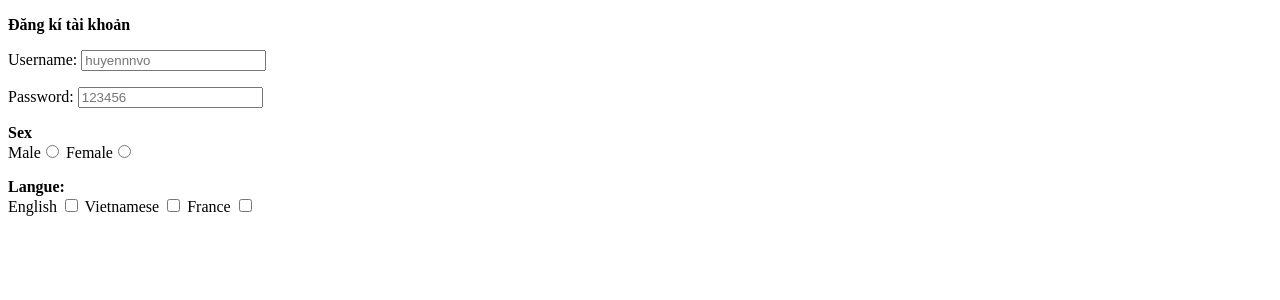
Repository: huyennvo/ptcudw
Page: lesson2/form.html
An editor plug-in stored every save of this project. The page is shown before and after the next save, followed by the edit.
The browser window is 1280 px wide. The pictures show the whole page.

Above is the page before, as saved 2022-08-08 09:33:03.

### lesson2/form.html
<!DOCTYPE html>
<html lang="en">
<head>
    <meta charset="UTF-8">
    <meta http-equiv="X-UA-Compatible" content="IE=edge">
    <meta name="viewport" content="width=device-width, initial-scale=1.0">
    <title>Document</title>
</head>
<body>
    <p> <b>Đăng kí tài khoản</b> </p>
    <p>
        Username: <input type="text" name="username" value="" placeholder="huyennnvo">
    </p>
    <p>
        Password: <input type="password" name="password" value="" placeholder="123456">
    </p>
    <p>
        <b>Sex</b>
        <br>
        Male<input type="radio" name="sex" id="" value="Male">
        Female<input type="radio" name="sex" id="" value="Female">
    </p>
    <p>
        <b>Langue: </b>
        <br>
        English
        <input type="checkbox" name="langue" id="" value="English">
        Vietnamese
        <input type="checkbox" name="langue" id="" value="Vietnamese">
        France
        <input type="checkbox" name="langue" id="" value="France">
    </p>
</body>
</html>

After the next save:
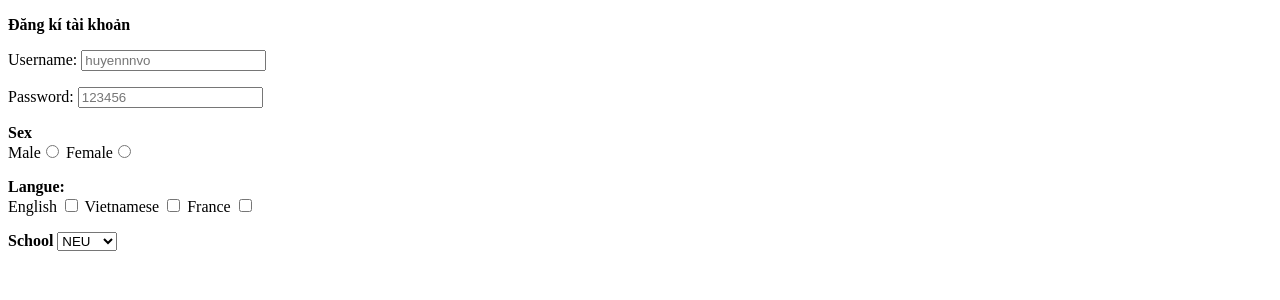
Saved 2 min 54 s later.
--- a/lesson2/form.html
+++ b/lesson2/form.html
@@ -30,5 +30,13 @@
         France
         <input type="checkbox" name="langue" id="" value="France">
     </p>
+    <p>
+        <b>School</b>
+        <Select name="school">
+            <option value="NEU" selected>NEU</option>
+            <option value="NEU">HUST</option>
+            <option value="NEU">HUCE</option>
+        </Select>
+    </p>
 </body>
 </html>
